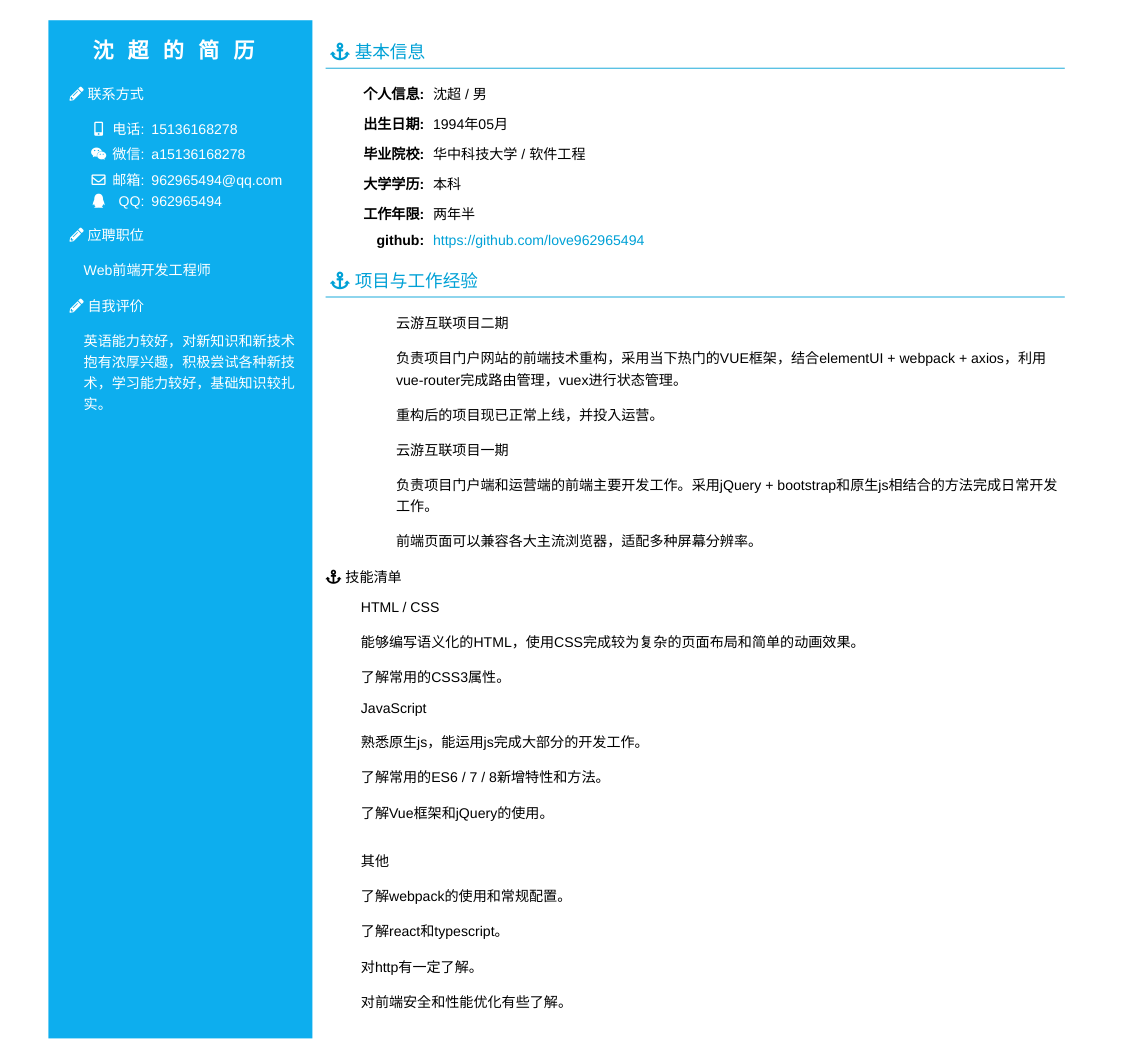
Repository: love962965494/my-resume
Page: index.html
These files come from the project's save history. The page is drawn as it stood at one moment and after the next save; the edit follows.
The browser window is 1280 px wide. The pictures show the whole page, at 88% of full size.
Some web libraries are served in a nearby version. The style sheet was rebuilt from its Sass, Less or Tailwind sources for each picture, by a compiler version that may differ from the author's.

Above is the page before, as saved 2018-09-02 18:05:18.

After the next save:
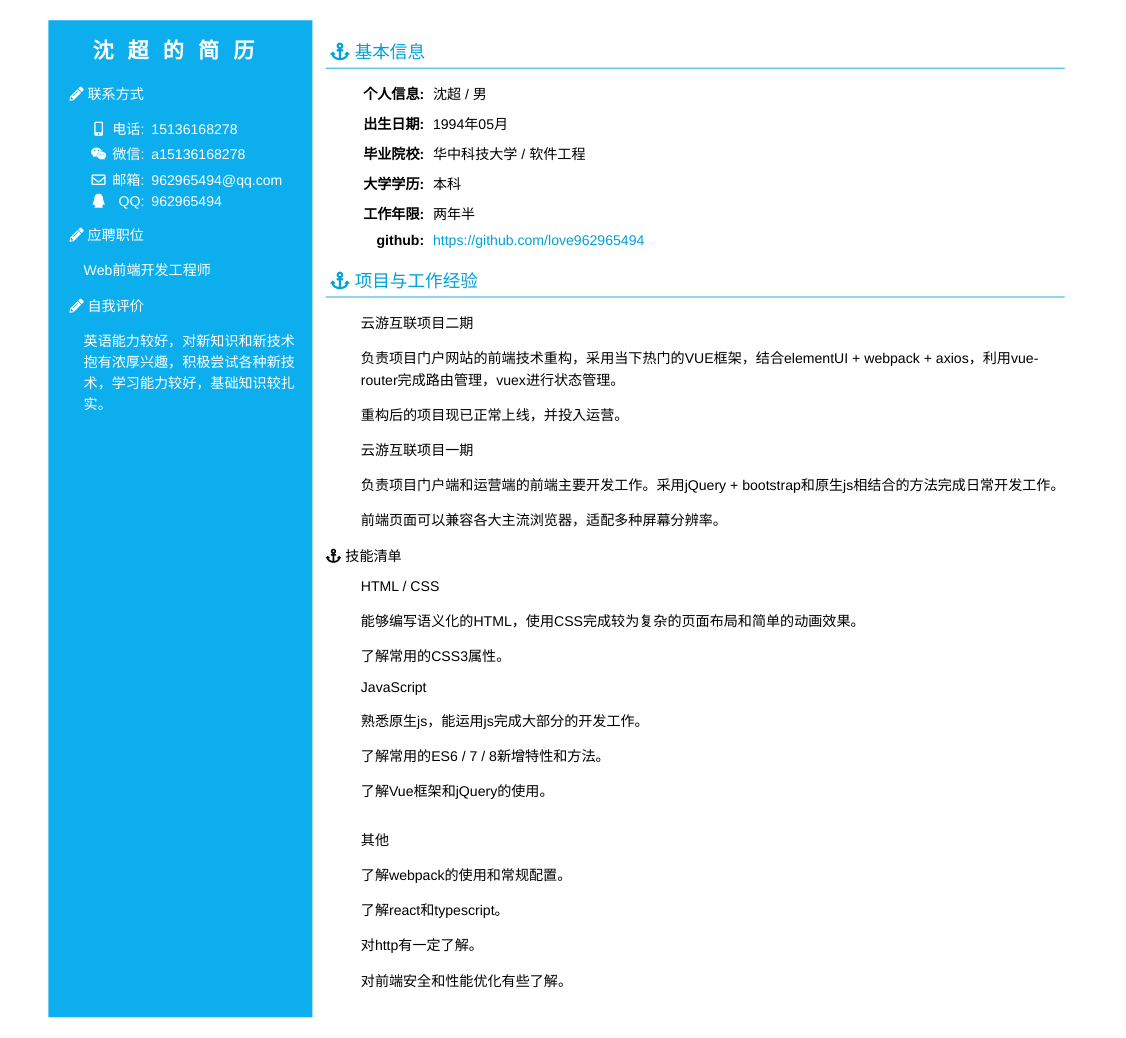
Saved 13 s later.
--- a/styles/myResume.scss
+++ b/styles/myResume.scss
@@ -135,5 +135,9 @@
     &>.header {
       @include header;
     }
+
+    & > .list {
+      padding: 0;
+    }
   }
 }
